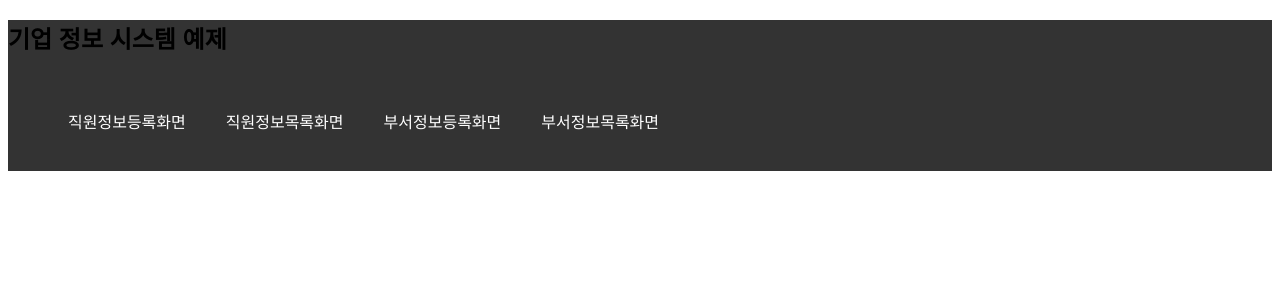
Repository: sieoh/2024html-
Page: workspace_sts/jspweb_08/src/main/webapp/index.html
These files come from the project's save history. The page is drawn as it stood at one moment and after the next save; the edit follows.
The browser window is 1280 px wide. The pictures show the whole page.

Above is the page before, as saved 2024-01-12 07:15:07.

### workspace_sts/jspweb_08/src/main/webapp/index.html
<!DOCTYPE html>
<html>
<head>
<meta charset="UTF-8">
<title>Insert title here</title>
<style>
	body {font-family: Arial, sans-serif;}
	.main-menu{background-color: #333333;}
    ul {display: inline-block;  width: 800px;}
    ul li {float: left; padding: 18px 20px; list-style: none; text-decoration-line: none; color: white; text-align: center;}
    ul li a { text-decoration-line: none; color: white;}
  </style>
</head>
<body>
	<div class="main-menu">
		<h2>기업 정보 시스템 예제</h2>
		<ul>
		 	<li><a href="empform.jsp">직원정보등록화면</a></li>
		 	<li><a href="emplist.jsp">직원정보목록화면</a></li>
		 	<li><a href="departform.jsp">부서정보등록화면</a></li>
		 	<li><a href="departlist.jsp">부서정보목록화면</a></li>

		</ul>
	</div>
	<script src="js/jquery-3.7.1.min.js"></script>
  	<script>
	    $(document).ready(function(){
	      $('li').hover(function(){
	        $(this).css("background-color","#696969")
	      },function(){
	        $(this).css("background-color","#333333")
	      });
	    });
  </script>
</body>
</html>

Loaded but not shown: workspace_sts/jspweb_08/src/main/webapp/js/jquery-3.7.1.min.js (library)

After the next save:
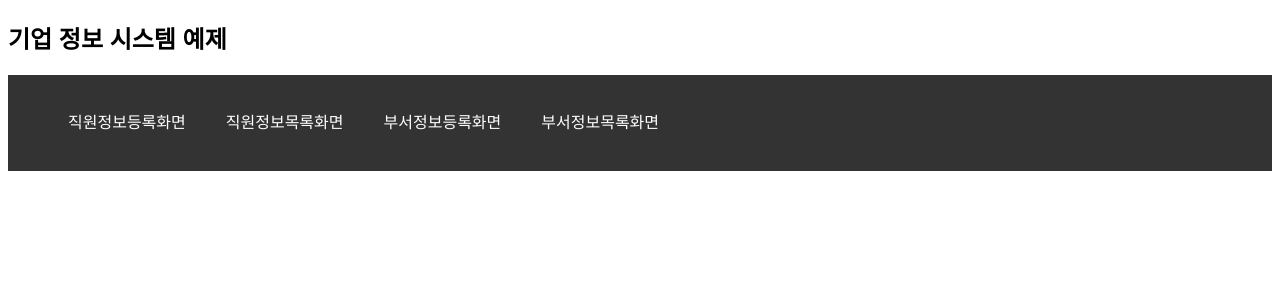
Saved 12 s later.
--- a/workspace_sts/jspweb_08/src/main/webapp/index.html
+++ b/workspace_sts/jspweb_08/src/main/webapp/index.html
@@ -12,8 +12,8 @@
   </style>
 </head>
 <body>
+	<h2>기업 정보 시스템 예제</h2>
 	<div class="main-menu">
-		<h2>기업 정보 시스템 예제</h2>
 		<ul>
 		 	<li><a href="empform.jsp">직원정보등록화면</a></li>
 		 	<li><a href="emplist.jsp">직원정보목록화면</a></li>
